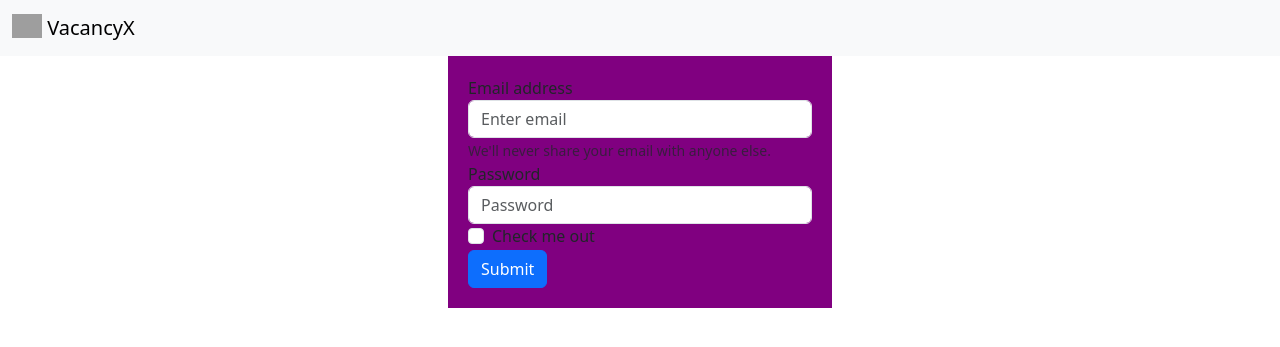
Repository: zipArk99/Vacancy-portal-serv
Page: http://localhost/VacancyPortal/
An editor plug-in stored every save of this project. The page is shown before and after the next save, followed by the edit.
The browser window is 1280 px wide. The pictures show the whole page.
Pictures or frames that could not be fetched are drawn as grey boxes. The page is served by Tomcat 9.

Above is the page before, as saved 2024-08-14 10:13:02.

After the next save:
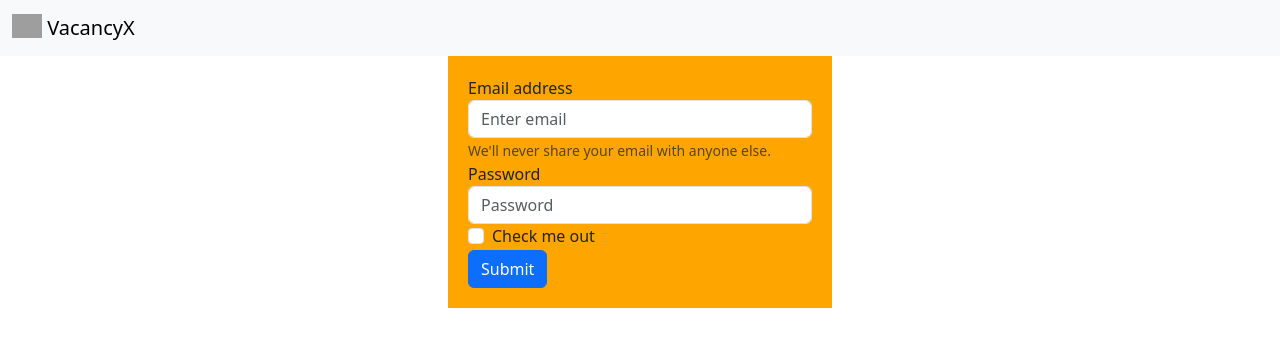
Saved 13 s later.
--- a/VacancyPortal/src/main/webapp/index.jsp
+++ b/VacancyPortal/src/main/webapp/index.jsp
@@ -13,7 +13,7 @@
 <body>
 <%@ include file="header.jsp" %>
 
-<div style="width:30%; margin: auto; background-color:purple; padding:20px;">
+<div style="width:30%; margin: auto; background-color:orange; padding:20px;">
 <form action="#" method="POST">
 
   <div class="form-group">
